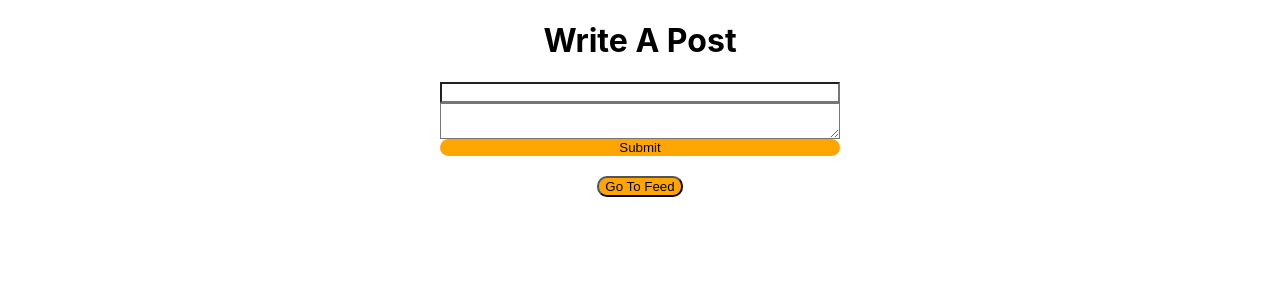
Repository: shaelorch/comp-week4
Page: /addPosts
These files come from the project's save history. The page is drawn as it stood at one moment and after the next save; the edit follows.
The browser window is 1280 px wide. The pictures show the whole page.
The project was rebuilt for these pictures with package versions that can differ from the ones it lists, and the page was loaded fresh each time. The framework's server and built-in components were replaced by stand-ins that run in the browser. Also part of the build but not shown: next.config.js.

Above is the page before, as saved 2023-01-31 23:10:18.

After the next save:
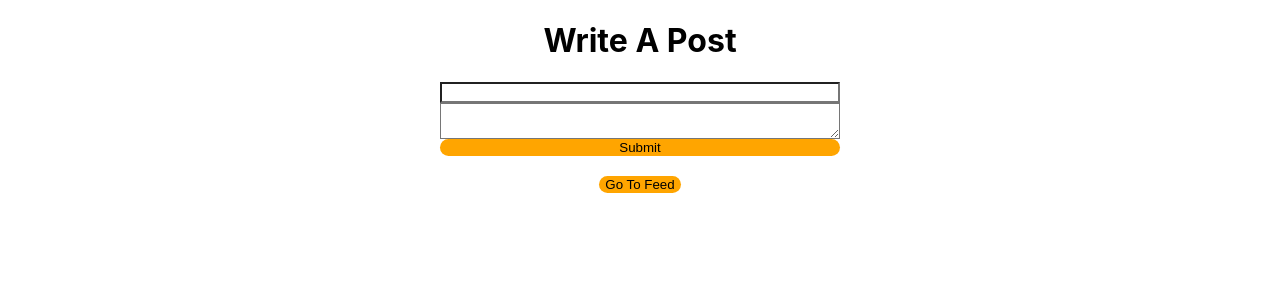
Saved 9 s later.
--- a/pages/addPosts.js
+++ b/pages/addPosts.js
@@ -23,7 +23,7 @@ export default function Home({posts}) {
             <button style={{backgroundColor:'orange', borderRadius:10, border:'transparent'}} type="submit">Submit</button>
         </form>
         <a href='/'>
-            <button style={{display:'flex', marginTop:20, backgroundColor:'orange', borderRadius:10}}>Go To Feed</button>
+            <button style={{display:'flex', marginTop:20, backgroundColor:'orange', border:'transparent', borderRadius:10}}>Go To Feed</button>
         </a>
 
 
